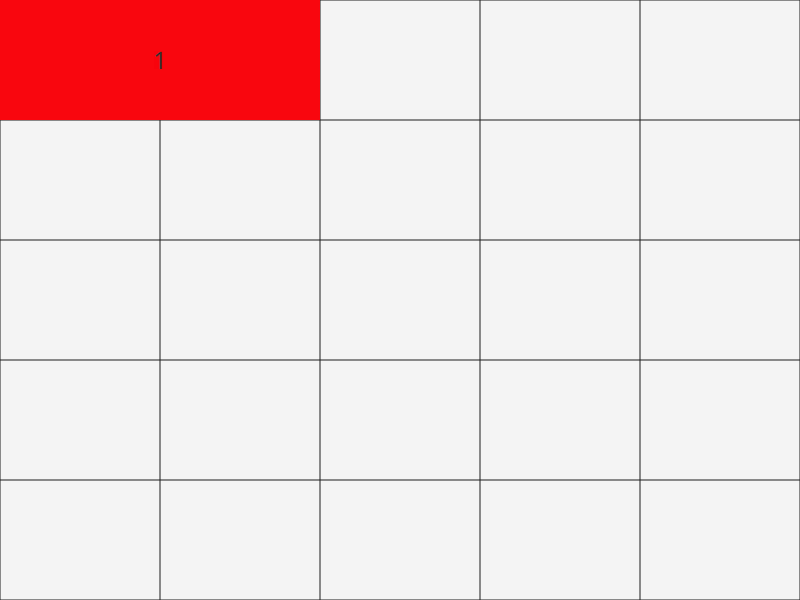
Repository: fredoluzjr/Java-Udemy
Program's window: java Workspace/exercicios-javafx/src/layout/AppLayout.java
The author's editor kept a copy of each file at every save. The program's window is drawn from the files as they stood at one save, then again after the next save.
It runs on Java 21 on a 1366 x 768 screen with JavaFX 11; the title bar is not drawn.

Above is the program's window before, as saved 2021-07-08 23:30:24.

After the next save:
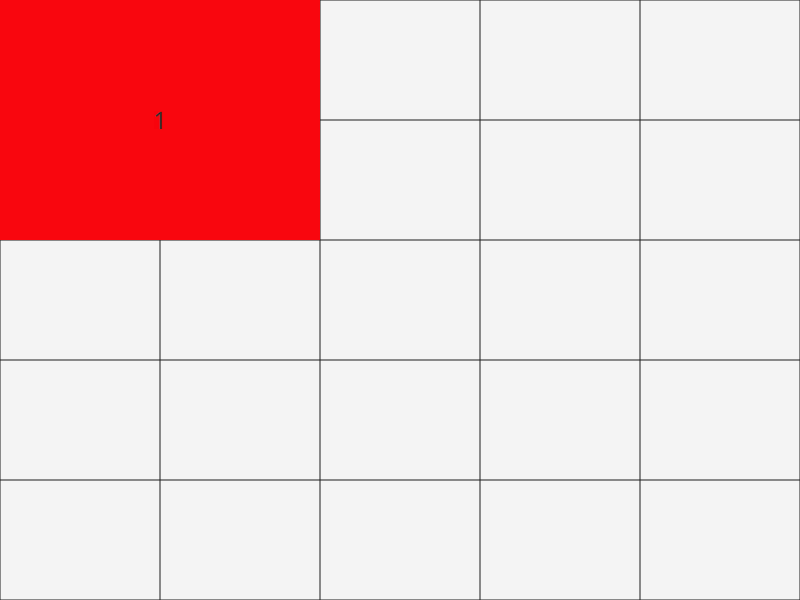
Saved 8 s later.
--- a/Workspace/exercicios-javafx/src/layout/TesteGridPane.java
+++ b/Workspace/exercicios-javafx/src/layout/TesteGridPane.java
@@ -20,7 +20,7 @@
 		getColumnConstraints().addAll(cc(), cc(), cc(), cc(), cc());
 		getRowConstraints().addAll(rc(), rc(), rc(), rc(), rc());
 
-		add(c1, 0, 0, 2, 1);
+		add(c1, 0, 0, 2, 2);
 	}
 
 	private ColumnConstraints cc() {
